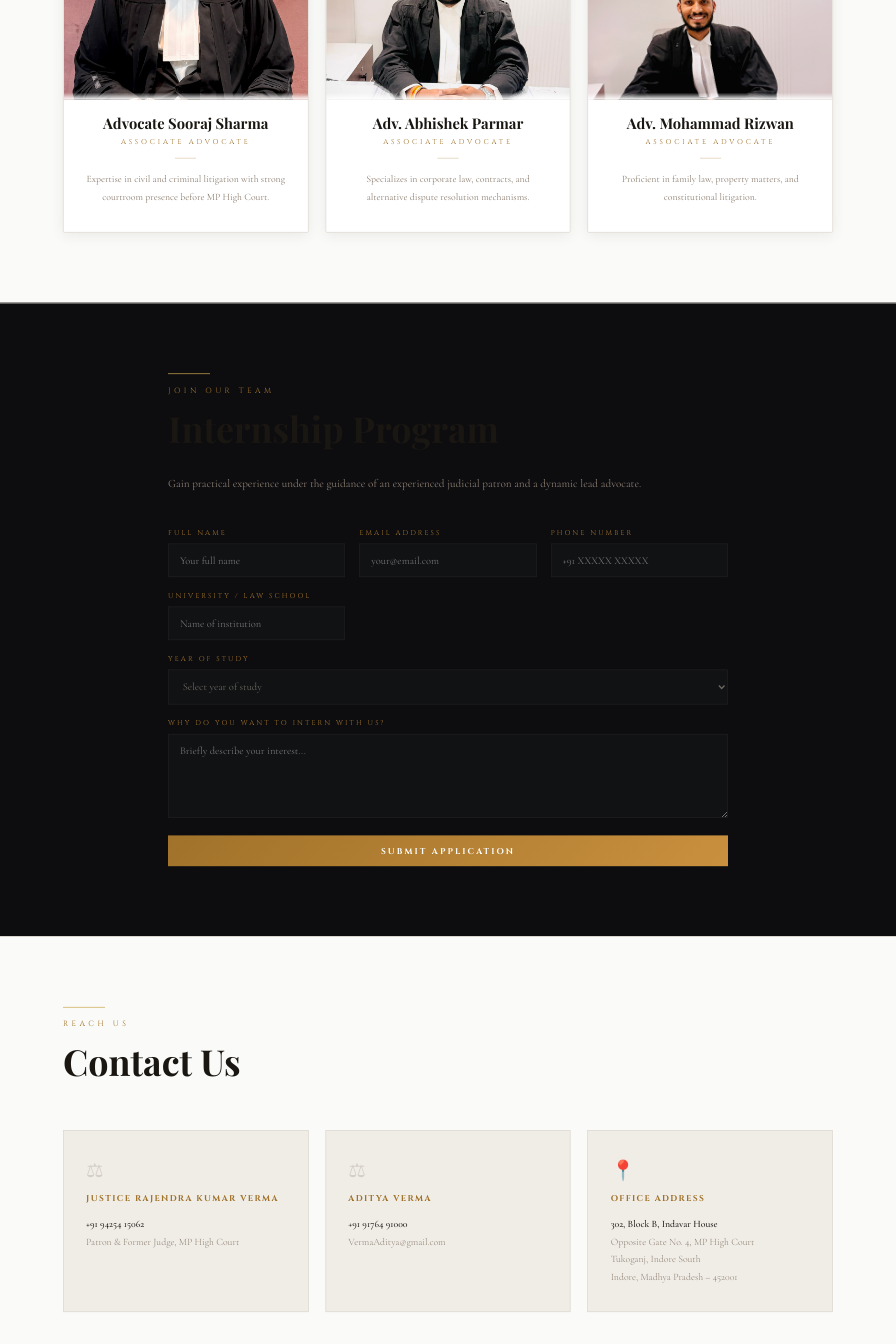
Repository: leesha19/aditya-verma-and-associates
Page: /
An editor plug-in stored every save of this project. The page is shown before and after the next save, followed by the edit.
The browser window is 1280 px wide. The pictures show the part of the page from y = 4048 to 5968 px (the page is 6707 px tall before and 6999 px after), at 70% of full size.
The project was rebuilt for these pictures with package versions that can differ from the ones it lists, and the page was loaded fresh each time. Also part of the build but not shown: src/components/ui/Avatar.js.

Above is the page before, as saved 2026-04-20 00:29:55.

### public/index.html
<!DOCTYPE html>
<html lang="en">
  <head>
    <meta charset="utf-8" />
    <meta name="viewport" content="width=device-width, initial-scale=1" />
    <meta name="theme-color" content="#0A0A0B" />
    <meta name="description" content="Verma Law Associates - Dedicated legal counsel in Indore, Madhya Pradesh" />
    <title>Verma Law Associates</title>
  </head>
  <body>
    <noscript>You need to enable JavaScript to run this app.</noscript>
    <div id="root"></div>
  </body>
</html>

### src/App.js
import './styles/global.css';
import Navbar from './components/layout/Navbar';
import Footer from './components/layout/Footer';
import HomePage from './pages/HomePage';

export default function App() {
  return (
    <div>
      <Navbar />
      <HomePage />
      <Footer />
    </div>
  );
}

### src/styles/global.css
@import url('https://fonts.googleapis.com/css2?family=Playfair+Display:wght@400;600;700;900&family=Cormorant+Garamond:wght@300;400;500;600&family=Cinzel:wght@400;600;700&display=swap');

*, *::before, *::after { box-sizing: border-box; margin: 0; padding: 0; }

html { scroll-behavior: smooth; }

body {
  background: #0A0A0B;
  color: #D4CFC6;
  font-family: 'Cormorant Garamond', serif;
  overflow-x: hidden;
}

::-webkit-scrollbar { width: 4px; }
::-webkit-scrollbar-track { background: #0A0A0B; }
::-webkit-scrollbar-thumb { background: #C9A84C; border-radius: 2px; }

input, textarea, select {
  outline: none;
  font-family: 'Cormorant Garamond', serif;
  transition: border-color 0.3s;
}
input:focus, textarea:focus, select:focus { border-color: #C9A84C !important; }

.nav-link { position: relative; }
.nav-link::after {
  content: '';
  position: absolute;
  bottom: -4px; left: 0;
  width: 0; height: 1px;
  background: #C9A84C;
  transition: width 0.3s;
}
.nav-link:hover::after { width: 100%; }

.gold-line::before {
  content: '';
  display: block;
  width: 60px; height: 1px;
  background: #C9A84C;
  margin-bottom: 16px;
}

@keyframes fadeInDown {
  from { opacity: 0; transform: translateY(-20px); }
  to   { opacity: 1; transform: translateY(0); }
}

@media (max-width: 768px) {
  .desktop-nav { display: none !important; }
  #hamburger   { display: flex !important; }
}

### src/components/layout/Footer.js
import { COLORS, FONTS } from "../../constants/theme";
import { NAV_LINKS } from "../../constants/data";
import { scrollToSection } from "../../utils/helpers";
import ScaleIcon from "../ui/ScaleIcon";

export default function Footer() {
  return (
    <footer style={{ padding: "40px clamp(16px, 5vw, 80px)", borderTop: `1px solid ${COLORS.darkBorder}`, background: "#060607" }}>
      <div style={{ maxWidth: 1100, margin: "0 auto", display: "flex", flexWrap: "wrap", gap: 20, alignItems: "center", justifyContent: "space-between" }}>
        <div style={{ display: "flex", alignItems: "center", gap: 12, cursor: "pointer" }} onClick={() => scrollToSection("hero")}>
          <ScaleIcon size={24} />
          <div>
            <div style={{ fontFamily: FONTS.heading, fontSize: 13, color: COLORS.gold, letterSpacing: 3 }}>VERMA LAW ASSOCIATES</div>
            <div style={{ fontFamily: FONTS.heading, fontSize: 9, color: COLORS.textMuted, letterSpacing: 2 }}>INDORE, MADHYA PRADESH</div>
          </div>
        </div>
        <div style={{ color: COLORS.textMuted, fontSize: 12, fontFamily: FONTS.heading, letterSpacing: 1, textAlign: "center" }}>
          © {new Date().getFullYear()} Verma Law Associates. All rights reserved.<br />
          <span style={{ fontSize: 10 }}>302, Block B, Indavar House, Tukoganj, Indore – 452001</span>
        </div>
        <div style={{ display: "flex", gap: 20, flexWrap: "wrap" }}>
          {NAV_LINKS.map(({ label, id }) => (
            <button key={id} onClick={() => scrollToSection(id)}
              style={{ background: "none", border: "none", color: COLORS.textMuted, fontSize: 10, fontFamily: FONTS.heading, letterSpacing: 2, cursor: "pointer", transition: "color 0.3s" }}
              onMouseEnter={(e) => (e.target.style.color = COLORS.gold)}
              onMouseLeave={(e) => (e.target.style.color = COLORS.textMuted)}
            >{label.toUpperCase()}</button>
          ))}
        </div>
      </div>
    </footer>
  );
}

### src/pages/HomePage.js
import HeroSection from "../sections/HeroSection";
import AboutSection from "../sections/AboutSection";
import AdityaSection from "../sections/AdityaSection";
import CoreTeamSection from "../sections/CoreTeamSection";
import InternshipSection from "../sections/InternshipSection";
import ContactSection from "../sections/ContactSection";

export default function HomePage() {
  return (
    <main>
      <HeroSection />
      <AboutSection />
      <AdityaSection />
      <CoreTeamSection />
      <InternshipSection />
      <ContactSection />
    </main>
  );
}

### src/constants/theme.js
export const COLORS = {
  gold: "#A0722A",
  goldLight: "#C9903E",
  dark: "#FAFAF8",
  darkCard: "#F0EDE7",
  darkBorder: "#DDD8CF",
  cream: "#1A1612",
  text: "#3D3630",
  textMuted: "#8C7E70",
};

export const FONTS = {
  display: "'Playfair Display', serif",
  heading: "'Cinzel', serif",
  body: "'Cormorant Garamond', serif",
};

### src/constants/data.js
export const NAV_LINKS = [
  { label: "About", id: "about" },
  { label: "Core Team", id: "core-team" },
    { label: "Area of Expertixse", id: "area of expertise" },
  { label: "Internship", id: "internship" },
  { label: "Contact", id: "contact" },
];

export const PATRON = {
  name: "Justice Rajendra Kumar Verma",
  initials: "RKV",
  role: "Patron",
  tags: ["Former Judge", "High Court of MP", "Arbitrator"],
  phone: "+91 94254 15062",
  photo: require("../assets/WhatsApp Image 2026-04-12 at 19.45.02.jpeg"),
  quote: "Law is not merely a profession—it is the foundation upon which civilized society stands.",
  bio: [
    "Our Patron and mentor Justice Rajendra Kumar (Verma) is a Former Judge of High Court of Madhya Pradesh, India and has rendered various Land Mark Judgments giving a required direction to law to suit the present Socio-economic order. He is having long experience of Judgeship for almost four decades i.e. from 1987 to 2023 and acts as an Arbitrator in various complex business matters. Presently he is serving as Chairman, Grievance Redressal Authority, Narmada Valley Development Authority (NVDA). He has extensive experience both in the field of Business Law, Property Law and also in Criminal Law. He has unique ability to solve the disputes by Mediation. He is also wonderful orator and frequently invited for speeches."
  ],
};

export const LEAD_ADVOCATE = {
  name: "Aditya Verma",
  initials: "AV",
  role: "Principal Advocate",
  tags: ["BA LLB", "LLM – NLU Patiala"],
  experience: "7+",
  university: "National Law University, Patiala, Punjab",
  email: "VermaAditya@gmail.com",
  phone: "+91 91764 91000",
  photo: require("../assets/aditya_verma.jpg"),
  bio: [
   "Our Founder and Managing Partner, Aditya Verma (Advocate), is a renowned name in the legal fraternity of the Madhya Pradesh. After being graduated National Law University, Punjab (NLU), he started his legal career under mentorship of Supreme Court Judges, and High Court Judges, Law Firms and designated Senior Advocates, wherein he developed his strong foundations to sub-serve qualitative legal services to his clients.",

  "He comes from strong legal background as he belongs to the family of Judges and Lawyers.His father, Justice Rajendra Kumar (Verma) has served as Distinguished Judge of Madhya Pradesh High Court. He is a member of State Bar Council of Madhya Pradesh. He started this law firm with a greater vision to provide cost effective, transparent, qualitative and efficient time bound legal services to various legal entities. He, along with his fellow associates, in almost a decade of our inception, was successfully able to provide legal services in the field of Criminal, Civil, Writ, Service Commercial, Matrimonial alongside Arbitration and Corporate matters in pan India.",
  "Being an alumnus of National Law University Punjab (NLU) and Masters in Criminal and Constitutional Law. Aditya Verma also holds expertise in various other areas of law ranging from Constitutional Law, Civil, Criminal, Insolvency and Bankruptcy, Banking, Insurance, Employment and Labour Law, Commercial Recovery Matters, Electricity Law, IPR, Energy, Technology and Privacy etc. He thrives on resolving challenging and complex legal issues with his well-researched, succinct and timely advice to his clients aiding them in averting certain prolonged legal battles."
,
"In addition to this he is Panel Counsel for Government of Madhya Pradesh, Indore Development authority (IDA), M.P. State Civil Supplies Corporation, Devi Ahiliya Vishwavidyalaya Indore (DAVV), Ujjain Development authority (UDA).",

],
};

export const CORE_TEAM = [
  {
    name: "Advocate Sooraj Sharma",
    initials: "SS",
    role: "Associate Advocate",
      photo: require("../assets/sooraj_sharma.jpg"),
    desc: "Expertise in civil and criminal litigation with strong courtroom presence before MP High Court.",
  },
  {
    name: "Adv. Abhishek Parmar",
    initials: "AP",
    role: "Associate Advocate",
      photo: require("../assets/abhishek_prashar.jpeg"),
    desc: "Specializes in corporate law, contracts, and alternative dispute resolution mechanisms.",
  },
  {
    name: "Adv. Mohammad Rizwan",
    initials: "MR",
    role: "Associate Advocate",
      photo: require("../assets/mohmmad_rizwan.jpg"),
    desc: "Proficient in family law, property matters, and constitutional litigation.",
  },
];

export const CONTACT = {
  address: {
    line1: "302, Block B, Indavar House",
    line2: "Opposite Gate No. 4, MP High Court",
    line3: "Tukoganj, Indore South",
    line4: "Indore, Madhya Pradesh – 452001",
  },
  mapEmbedUrl:
    "https://www.google.com/maps/embed?pb=!1m18!1m12!1m3!1d3679.7!2d75.8573!3d22.7196!2m3!1f0!2f0!3f0!3m2!1i1024!2i768!4f13.1!3m3!1m2!1s0x3962fd0d07f2b5c3%3A0x4e36e42d6d5f3d2c!2sMP%20High%20Court%2C%20Indore!5e0!3m2!1sen!2sin",
  mapLink: "https://maps.google.com/?q=MP+High+Court+Gate+4+Indore",
};

export const INTERNSHIP_YEAR_OPTIONS = [
  "1st Year", "2nd Year", "3rd Year", "4th Year", "5th Year", "LLM",
];

### src/hooks/useScrolled.js
import { useEffect, useState } from "react";

export function useScrolled(offset = 60) {
  const [scrolled, setScrolled] = useState(false);
  useEffect(() => {
    const fn = () => setScrolled(window.scrollY > offset);
    window.addEventListener("scroll", fn, { passive: true });
    return () => window.removeEventListener("scroll", fn);
  }, [offset]);
  return scrolled;
}

### src/utils/helpers.js
export function scrollToSection(id) {
  const el = document.getElementById(id);
  if (el) el.scrollIntoView({ behavior: "smooth" });
}

export function fadeUpStyle(inView, delay = 0) {
  return {
    opacity: inView ? 1 : 0,
    transform: inView ? "translateY(0)" : "translateY(40px)",
    transition: `opacity 0.8s ease ${delay}s, transform 0.8s ease ${delay}s`,
  };
}

### src/components/ui/ScaleIcon.js
import { COLORS } from "../../constants/theme";

export default function ScaleIcon({ size = 40 }) {
  return (
    <svg width={size} height={size} viewBox="0 0 40 40" fill="none" aria-label="Scales of Justice">
      <line x1="20" y1="4"  x2="20" y2="36" stroke={COLORS.gold} strokeWidth="1.5" />
      <line x1="4"  y1="10" x2="36" y2="10" stroke={COLORS.gold} strokeWidth="1.5" />
      <circle cx="9"  cy="18" r="5" stroke={COLORS.gold} strokeWidth="1.2" fill="none" />
      <circle cx="31" cy="18" r="5" stroke={COLORS.gold} strokeWidth="1.2" fill="none" />
      <line x1="4"  y1="10" x2="9"  y2="18" stroke={COLORS.gold} strokeWidth="1.2" />
      <line x1="36" y1="10" x2="31" y2="18" stroke={COLORS.gold} strokeWidth="1.2" />
      <line x1="14" y1="36" x2="26" y2="36" stroke={COLORS.gold} strokeWidth="1.5" />
    </svg>
  );
}

### src/sections/AboutSection.js
import { COLORS } from "../constants/theme";
import { useInView } from "../hooks/useInView";
import { fadeUpStyle } from "../utils/helpers";
import { PATRON } from "../constants/data";
import SectionHeader from "../components/ui/SectionHeader";
import ProfileCard from "../components/ui/ProfileCard";

export default function AboutSection() {
  const [ref, inView] = useInView();
  return (
    <section id="about" style={{ padding: "100px clamp(16px, 5vw, 80px)", borderTop: `1px solid ${COLORS.darkBorder}`, background: `linear-gradient(180deg, ${COLORS.dark}, #0D0D10)` }}>
      <div ref={ref} style={{ maxWidth: 1100, margin: "0 auto" }}>
        <div style={fadeUpStyle(inView)}><SectionHeader label="ABOUT US" heading="Our Distinguished Patron" /></div>
        <div style={fadeUpStyle(inView, 0.2)}><ProfileCard person={PATRON} flip={false} /></div>
      </div>
    </section>
  );
}

### src/sections/AdityaSection.js
import { useInView } from "../hooks/useInView";
import { fadeUpStyle } from "../utils/helpers";
import { LEAD_ADVOCATE } from "../constants/data";
import SectionHeader from "../components/ui/SectionHeader";
import ProfileCard from "../components/ui/ProfileCard";

export default function AdityaSection() {
  const [ref, inView] = useInView();
  return (
    <section id="aditya" style={{ padding: "100px clamp(16px, 5vw, 80px)", background: "#0D0D10" }}>
      <div ref={ref} style={{ maxWidth: 1100, margin: "0 auto" }}>
        <div style={fadeUpStyle(inView)}><SectionHeader label="LEAD COUNSEL" heading="Principal Advocate" /></div>
        <div style={fadeUpStyle(inView, 0.2)}><ProfileCard person={LEAD_ADVOCATE} flip /></div>
      </div>
    </section>
  );
}

### src/sections/CoreTeamSection.js
import { COLORS } from "../constants/theme";
import { useInView } from "../hooks/useInView";
import { fadeUpStyle } from "../utils/helpers";
import { CORE_TEAM } from "../constants/data";
import SectionHeader from "../components/ui/SectionHeader";
import CoreTeamCard from "../components/ui/CoreTeamCard";

export default function CoreTeamSection() {
  const [ref, inView] = useInView();
  return (
    <section id="core-team" style={{ padding: "100px clamp(16px, 5vw, 80px)", background: COLORS.dark, borderTop: `1px solid ${COLORS.darkBorder}` }}>
      <div ref={ref} style={{ maxWidth: 1100, margin: "0 auto" }}>
        <div style={fadeUpStyle(inView)}><SectionHeader label="LEGAL PROFESSIONALS" heading="Core Team" /></div>
        <div style={{ display: "grid", gridTemplateColumns: "repeat(auto-fit, minmax(280px, 1fr))", gap: 24 }}>
          {CORE_TEAM.map((member, i) => (
            <CoreTeamCard key={member.name} member={member} style={fadeUpStyle(inView, i * 0.15)} />
          ))}
        </div>
      </div>
    </section>
  );
}

### src/sections/ContactSection.js
import { COLORS, FONTS } from "../constants/theme";
import { useInView } from "../hooks/useInView";
import { fadeUpStyle } from "../utils/helpers";
import { PATRON, LEAD_ADVOCATE, CONTACT } from "../constants/data";
import SectionHeader from "../components/ui/SectionHeader";
import ContactCard from "../components/ui/ContactCard";

const CARDS = [
  { icon: "⚖", title: PATRON.name,         lines: [PATRON.phone, "Patron & Former Judge, MP High Court"] },
  { icon: "⚖", title: LEAD_ADVOCATE.name,  lines: [LEAD_ADVOCATE.phone, LEAD_ADVOCATE.email] },
  { icon: "📍", title: "Office Address",    lines: [CONTACT.address.line1, CONTACT.address.line2, CONTACT.address.line3, CONTACT.address.line4] },
];

export default function ContactSection() {
  const [ref, inView] = useInView();
  return (
    <section id="contact" style={{ padding: "100px clamp(16px, 5vw, 80px)", background: COLORS.dark, borderTop: `1px solid ${COLORS.darkBorder}` }}>
      <div ref={ref} style={{ maxWidth: 1100, margin: "0 auto", ...fadeUpStyle(inView) }}>
        <SectionHeader label="REACH US" heading="Contact Us" />

        <div style={{ display: "grid", gridTemplateColumns: "repeat(auto-fit, minmax(280px, 1fr))", gap: 24, marginBottom: 48 }}>
          {CARDS.map((card, i) => (
            <ContactCard key={card.title} {...card} style={fadeUpStyle(inView, i * 0.1)} />
          ))}
        </div>

        <div style={fadeUpStyle(inView, 0.3)}>
          <div style={{ display: "flex", alignItems: "center", gap: 12, marginBottom: 20 }}>
            <div style={{ width: 32, height: 1, background: COLORS.gold }} />
            <span style={{ fontFamily: FONTS.heading, fontSize: 11, letterSpacing: 4, color: COLORS.gold }}>FIND US ON MAP</span>
          </div>
          <div style={{ border: `1px solid ${COLORS.darkBorder}`, overflow: "hidden", position: "relative" }}>
            <div style={{ position: "absolute", top: 0, left: 0, right: 0, height: 2, background: `linear-gradient(90deg, ${COLORS.gold}, #E8C97A, ${COLORS.gold})`, zIndex: 1 }} />
            <iframe title="Office Location" src={CONTACT.mapEmbedUrl} width="100%" height="420"
              style={{ border: 0, display: "block", filter: "grayscale(100%) invert(90%) contrast(85%)" }}
              allowFullScreen loading="lazy"
            />
          </div>
          <div style={{ marginTop: 12, textAlign: "right" }}>
            <a href={CONTACT.mapLink} target="_blank" rel="noopener noreferrer"
              style={{ color: COLORS.gold, fontSize: 13, fontFamily: FONTS.heading, letterSpacing: 2, textDecoration: "none" }}>
              OPEN IN GOOGLE MAPS →
            </a>
          </div>
        </div>
      </div>
    </section>
  );
}

### src/hooks/useInView.js
import { useEffect, useRef, useState } from "react";

export function useInView(threshold = 0.15) {
  const ref = useRef(null);
  const [inView, setInView] = useState(false);

  useEffect(() => {
    const observer = new IntersectionObserver(
      ([entry]) => { if (entry.isIntersecting) { setInView(true); observer.disconnect(); } },
      { threshold }
    );
    if (ref.current) observer.observe(ref.current);
    return () => observer.disconnect();
  }, [threshold]);

  return [ref, inView];
}

### src/components/ui/GoldButton.js
import { COLORS, FONTS } from "../../constants/theme";

export default function GoldButton({ onClick, children, variant = "solid", type = "button" }) {
  const solid = variant === "solid";

  const style = {
    padding: "14px 40px",
    fontFamily: FONTS.heading,
    fontSize: 12, letterSpacing: 3, fontWeight: 700,
    cursor: "pointer",
    border: solid ? "none" : `1px solid ${COLORS.gold}`,
    background: solid ? `linear-gradient(135deg, ${COLORS.gold}, ${COLORS.goldLight})` : "transparent",
    color: solid ? COLORS.dark : COLORS.gold,
    transition: "transform 0.2s, box-shadow 0.2s, background 0.3s",
  };

  return (
    <button type={type} onClick={onClick} style={style}
      onMouseEnter={(e) => {
        e.currentTarget.style.transform = "translateY(-2px)";
        if (solid) e.currentTarget.style.boxShadow = `0 8px 30px ${COLORS.gold}40`;
        else e.currentTarget.style.background = `${COLORS.gold}15`;
      }}
      onMouseLeave={(e) => {
        e.currentTarget.style.transform = "none";
        e.currentTarget.style.boxShadow = "none";
        if (!solid) e.currentTarget.style.background = "transparent";
      }}
    >
      {children}
    </button>
  );
}

### src/components/ui/SectionHeader.js
import { COLORS, FONTS } from "../../constants/theme";

export default function SectionHeader({ label, heading, style = {} }) {
  return (
    <div className="gold-line" style={{ marginBottom: 64, ...style }}>
      <div style={{ fontFamily: FONTS.heading, fontSize: 11, letterSpacing: 5, color: COLORS.gold, marginBottom: 12 }}>
        {label}
      </div>
      <h2 style={{ fontFamily: FONTS.display, fontSize: "clamp(28px, 4vw, 52px)", color: COLORS.cream, fontWeight: 700 }}>
        {heading}
      </h2>
    </div>
  );
}

### src/hooks/useForm.js
import { useState } from "react";

export function useForm(initialValues, onSubmit) {
  const [values, setValues] = useState(initialValues);
  const [submitted, setSubmitted] = useState(false);
  const [loading, setLoading] = useState(false);

  const handleChange = (e) => {
    const { name, value } = e.target;
    setValues((prev) => ({ ...prev, [name]: value }));
  };

  const handleSubmit = async (e) => {
    e.preventDefault();
    setLoading(true);
    await onSubmit(values);
    setLoading(false);
    setSubmitted(true);
  };

  const reset = () => { setValues(initialValues); setSubmitted(false); };

  return { values, handleChange, handleSubmit, submitted, loading, reset };
}

### src/components/ui/ContactCard.js
import { COLORS, FONTS } from "../../constants/theme";

export default function ContactCard({ icon, title, lines, style = {} }) {
  return (
    <div style={{
      background: COLORS.darkCard, border: `1px solid ${COLORS.darkBorder}`,
      padding: "36px 32px", transition: "border-color 0.3s", ...style,
    }}
      onMouseEnter={(e) => (e.currentTarget.style.borderColor = `${COLORS.gold}40`)}
      onMouseLeave={(e) => (e.currentTarget.style.borderColor = COLORS.darkBorder)}
    >
      <div style={{ fontFamily: FONTS.display, fontSize: 28, marginBottom: 16 }}>{icon}</div>
      <h4 style={{ fontFamily: FONTS.heading, fontSize: 12, letterSpacing: 2, color: COLORS.gold, marginBottom: 16 }}>{title.toUpperCase()}</h4>
      {lines.map((line, i) => (
        <p key={i} style={{ color: i === 0 ? COLORS.cream : COLORS.textMuted, fontSize: 14, lineHeight: 1.8, fontWeight: i === 0 ? 500 : 300 }}>
          {line}
        </p>
      ))}
    </div>
  );
}

### src/components/ui/Tag.js
import { COLORS, FONTS } from "../../constants/theme";

export default function Tag({ label }) {
  return (
    <span style={{
      padding: "4px 14px",
      border: `1px solid ${COLORS.gold}50`,
      color: COLORS.gold,
      fontSize: 11,
      fontFamily: FONTS.heading,
      letterSpacing: 1,
    }}>
      {label}
    </span>
  );
}

Loaded but not shown: src/index.js (common file); src/components/ui/ProfileCard.js (95 lines, source omitted); src/sections/InternshipSection.js (70 lines, source omitted); src/components/ui/CoreTeamCard.js (124 lines, source omitted); src/components/layout/Navbar.js (65 lines, source omitted); src/sections/HeroSection.js (39 lines, source omitted)

After the next save:
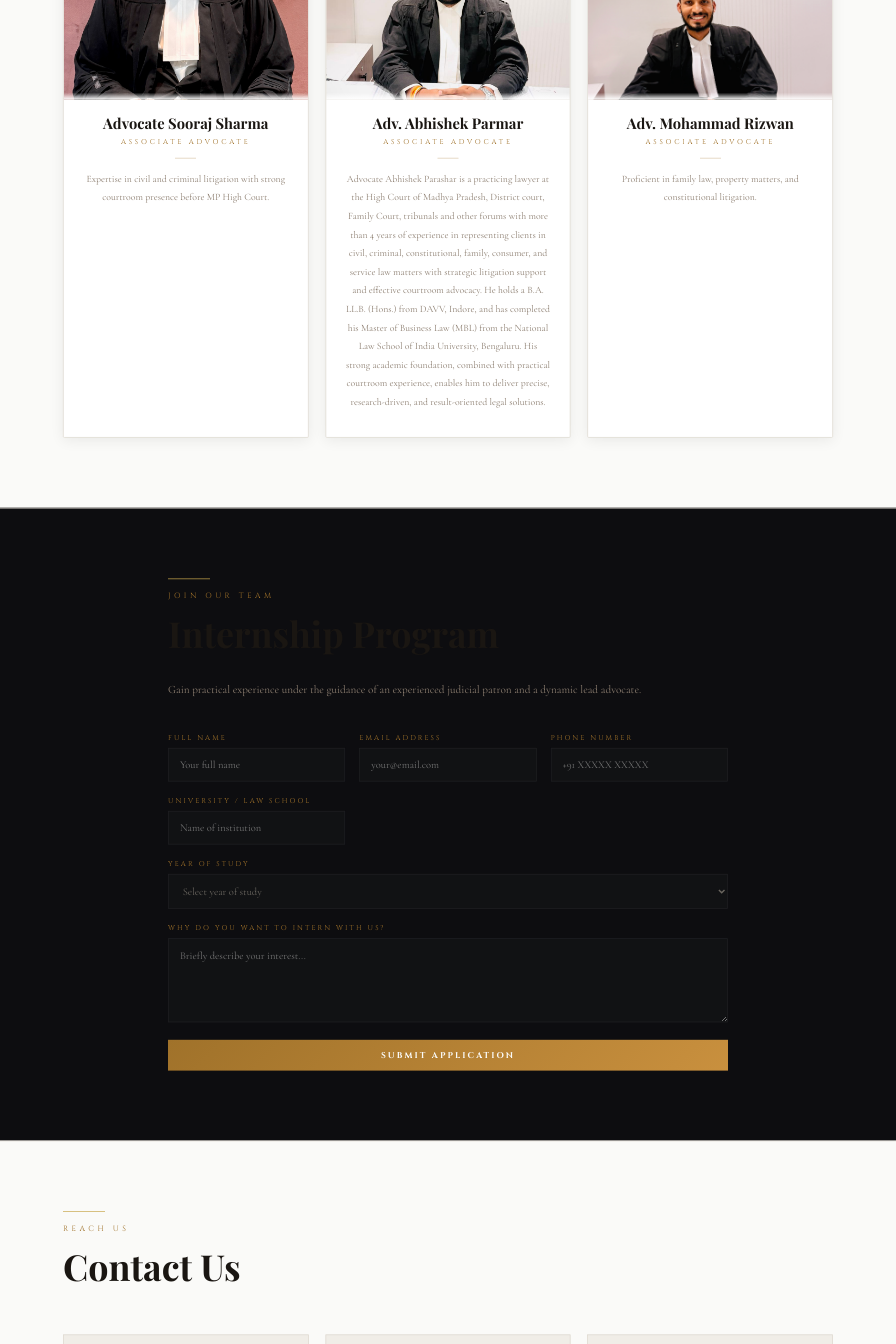
Saved 40 s later.
--- a/src/constants/data.js
+++ b/src/constants/data.js
@@ -53,7 +53,7 @@ export const CORE_TEAM = [
     initials: "AP",
     role: "Associate Advocate",
       photo: require("../assets/abhishek_prashar.jpeg"),
-    desc: "Specializes in corporate law, contracts, and alternative dispute resolution mechanisms.",
+    desc: "Advocate Abhishek Parashar is a practicing lawyer at the High Court of Madhya Pradesh, District court, Family Court, tribunals and other forums with more than 4 years of experience in representing clients in civil, criminal, constitutional, family, consumer, and service law matters with strategic litigation support and effective courtroom advocacy. He holds a B.A. LL.B. (Hons.) from DAVV, Indore, and has completed his Master of Business Law (MBL) from the National Law School of India University, Bengaluru. His strong academic foundation, combined with practical courtroom experience, enables him to deliver precise, research-driven, and result-oriented legal solutions.",
   },
   {
     name: "Adv. Mohammad Rizwan",
